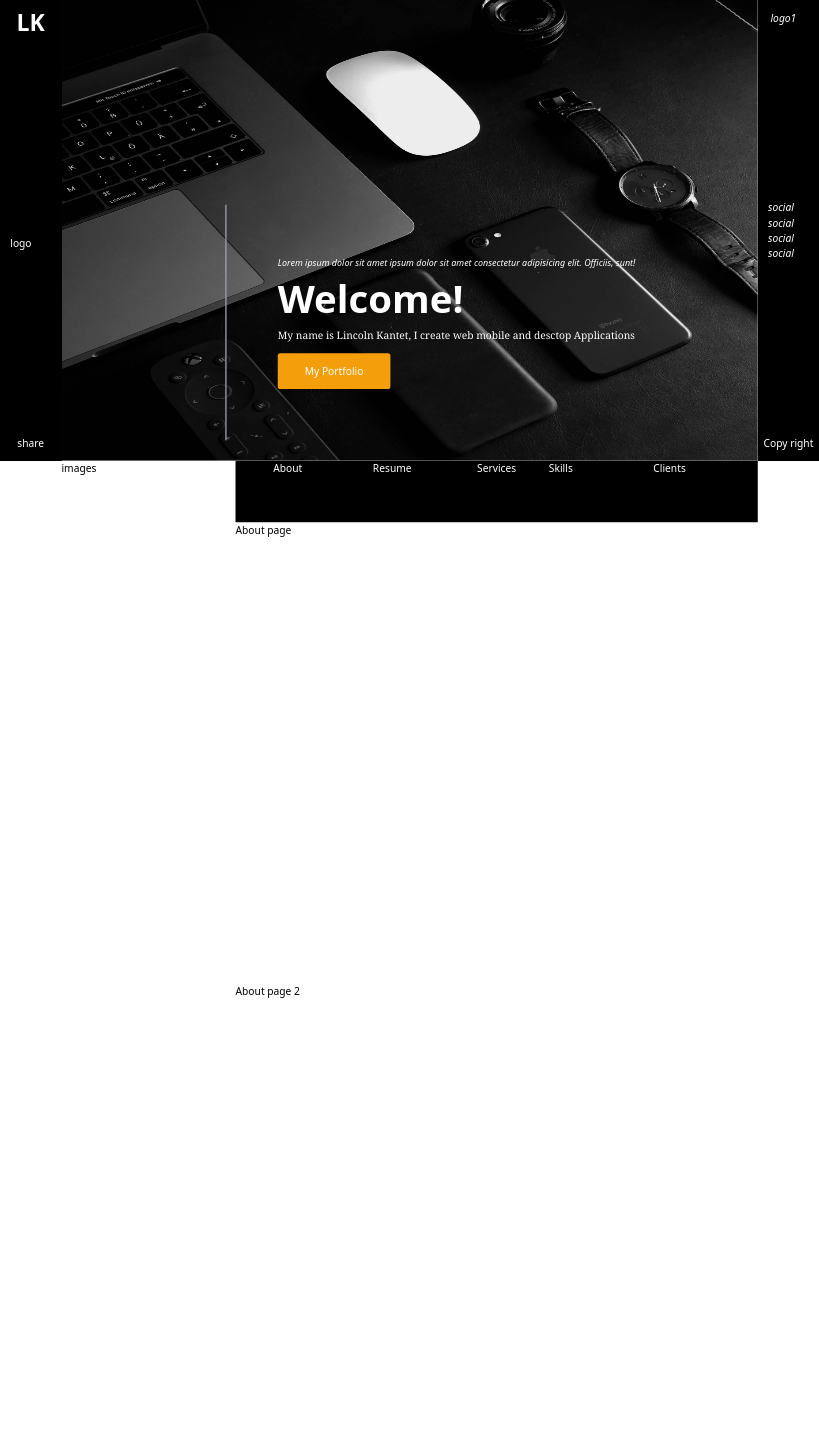
Repository: linco6054/template-tailwindcss
Page: index.html
An editor plug-in stored every save of this project. The page is shown before and after a run of saves, followed by the edit.
The browser window is 1280 px wide. The pictures show the whole page, at 64% of full size.

Above is the page before, as saved 2021-08-17 17:51:06.

After the next 2 saves:
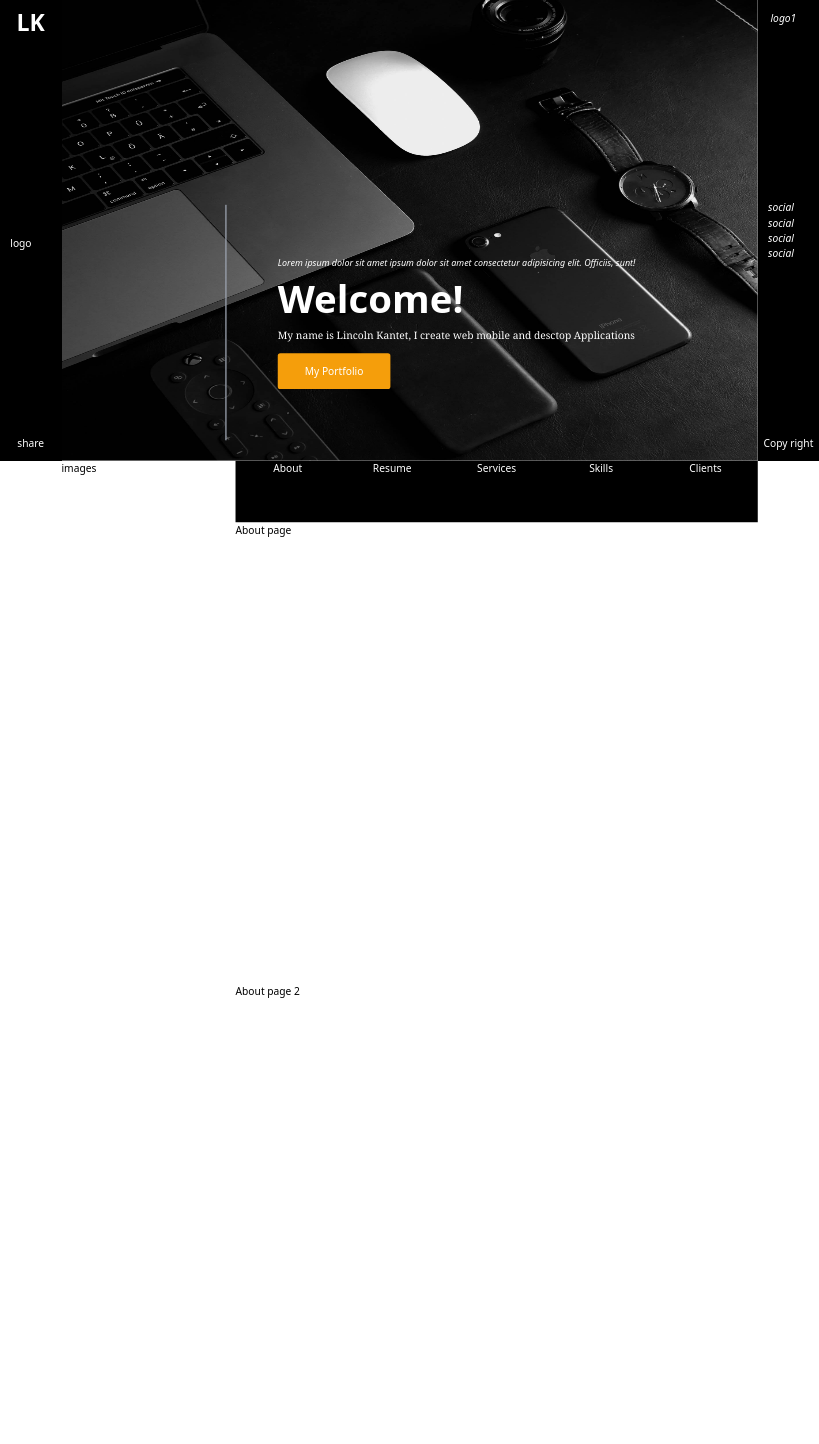
The 2 saves are shown as one change because they came seconds apart.
The last was saved 7 s later.
--- a/index.html
+++ b/index.html
@@ -73,8 +73,8 @@
               <a class="flex-1 h-24 text-center " href="about">About</a>
               <a class="flex-1 h-24 text-center" href="about">Resume</a>
               <a class="flex-1 h-24 text-center" href="about">Services</a>
-              <a class="flex-1" href="about">Skills</a>
-              <a class="flex-1" href="about">Clients</a>
+              <a class="flex-1 h-24 text-center" href="about">Skills</a>
+              <a class="flex-1 h-24 text-center" href="about">Clients</a>
           </nav>
           <main>
             <div class="h-screen">About page</div>
